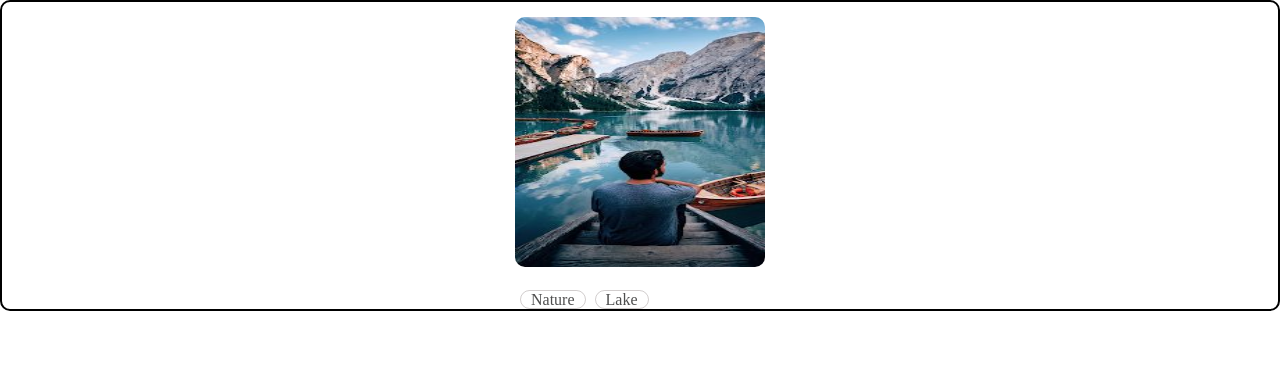
Repository: diensy/Web_dev
Page: Css/Exercise/exercise-2/index.html
These files come from the project's save history. The page is drawn as it stood at one moment and after a run of saves; the edit follows.
The browser window is 1280 px wide. The pictures show the whole page.

Above is the page before, as saved 2024-05-27 21:14:36.

### Css/Exercise/exercise-2/index.html
<!DOCTYPE html>
<html lang="en">
<head>
    <meta charset="UTF-8">
    <meta name="viewport" content="width=device-width, initial-scale=1.0">
    <title>Document</title>
    <link rel="stylesheet" href="index.css">
</head>
<body>
    <div class="card">
        <div class="image">
            <img src="image.jpeg" alt="">
        </div>
        <div class="button">
            <span>Nature</span>
            <span>Lake</span>
        </div>
    </div>
</body>
</html>

### Css/Exercise/exercise-2/index.css
* {
  margin: 0;
  padding: 0;
}
.card {
  border: 2px solid black;
  border-radius: 10px;
  display: grid;
  justify-content: center;
}
.image {
  margin-top: 15px;
  margin-bottom: 20px;
}
.image img {
  /* border: 1px solid black; */
  border-radius: 10px;
  height: 250px;
  width: 250px;
}
.button span {
  border: 1px solid rgba(107, 94, 94, 0.306);
  color: rgba(0, 0, 0, 0.694);
  border-radius: 40px;
  padding: 0 10px;
  margin-left: 5px;
  margin-bottom: 20px;
}

After the next 2 saves:
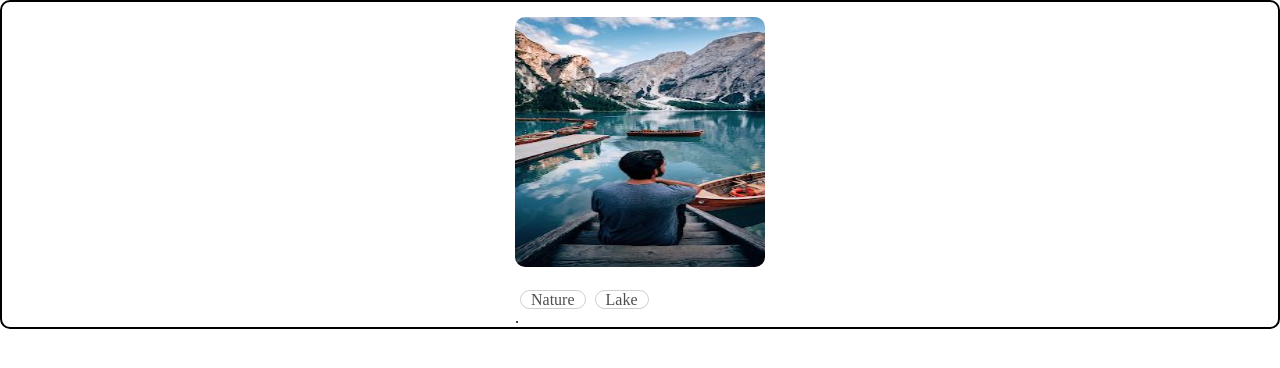
The 2 saves are shown as one change because they came seconds apart.
The last was saved 42 s later.
--- a/Css/Exercise/exercise-2/index.html
+++ b/Css/Exercise/exercise-2/index.html
@@ -15,6 +15,7 @@
             <span>Nature</span>
             <span>Lake</span>
         </div>
+        .
     </div>
 </body>
 </html>

After the 3 saves that followed:
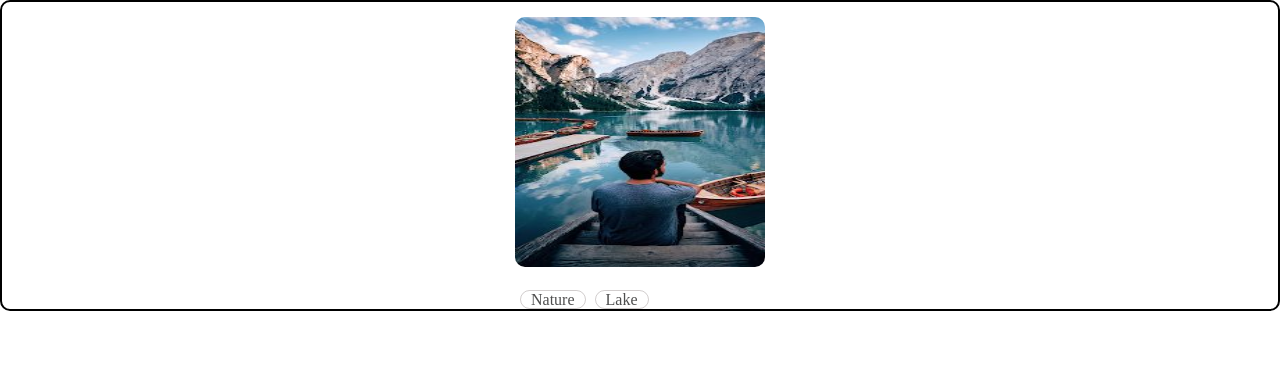
The 3 saves are shown as one change because they came seconds apart.
The last was saved 9 s later.
--- a/Css/Exercise/exercise-2/index.html
+++ b/Css/Exercise/exercise-2/index.html
@@ -15,7 +15,9 @@
             <span>Nature</span>
             <span>Lake</span>
         </div>
-        .
+        <div class="content">
+            <h1></h1>
+        </div>
     </div>
 </body>
 </html>
